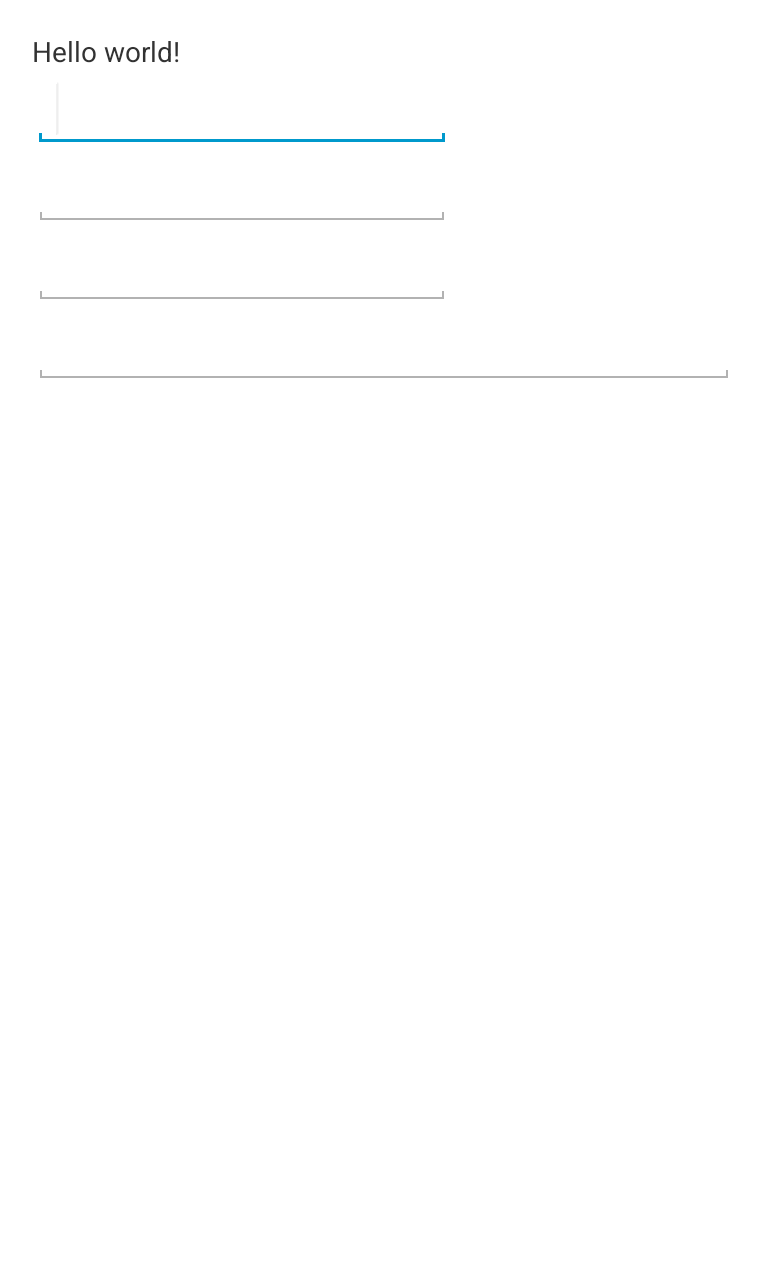
Repository: LSummers33/Apps101
Layout: Survey1/res/layout/activity_main.xml
An editor plug-in stored every save of this project. The layout is shown before and after the next save, followed by the edit.
It is drawn on a 768 x 1280 px phone screen (xhdpi) without system bars, with theme AppTheme; the app's code is not run.

Above is the layout before, as saved 2014-01-30 23:06:12.

After the next save:
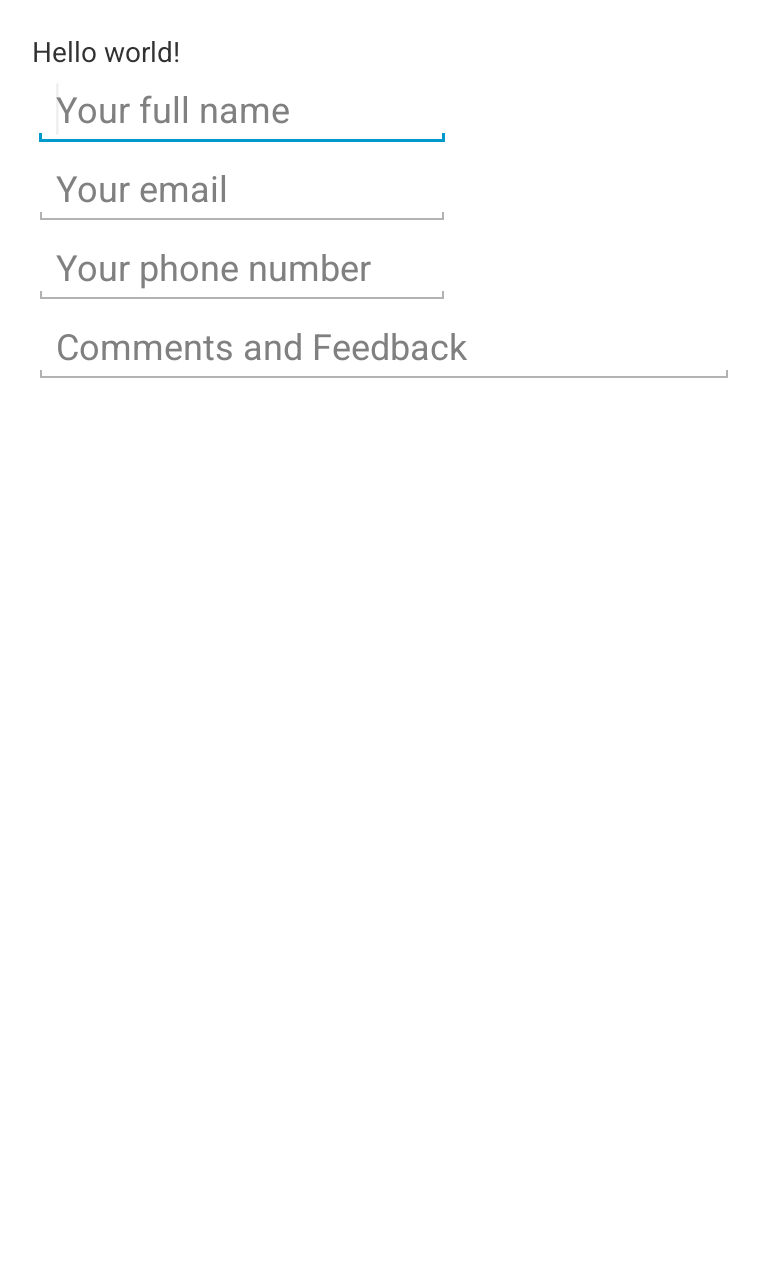
Saved 2 min 36 s later.
--- a/Survey1/res/layout/activity_main.xml
+++ b/Survey1/res/layout/activity_main.xml
@@ -20,7 +20,8 @@
         android:layout_width="wrap_content"
         android:layout_height="wrap_content"
         android:ems="10"
-        android:inputType="textPersonName" >
+        android:inputType="textPersonName"
+        android:hint="Your full name" >
 
         <requestFocus />
     </EditText>
@@ -30,20 +31,23 @@
         android:layout_width="wrap_content"
         android:layout_height="wrap_content"
         android:ems="10"
-        android:inputType="textEmailAddress" />
+        android:inputType="textEmailAddress"
+        android:hint="Your email" />
 
     <EditText
         android:id="@+id/editText3"
         android:layout_width="wrap_content"
         android:layout_height="wrap_content"
         android:ems="10"
-        android:inputType="phone" />
+        android:inputType="phone"
+        android:hint="Your phone number" />
 
     <EditText
         android:id="@+id/editText4"
         android:layout_width="match_parent"
         android:layout_height="wrap_content"
         android:ems="10"
-        android:inputType="textMultiLine" />
+        android:inputType="textMultiLine"
+        android:hint="Comments and Feedback"/>
 
 </LinearLayout>
